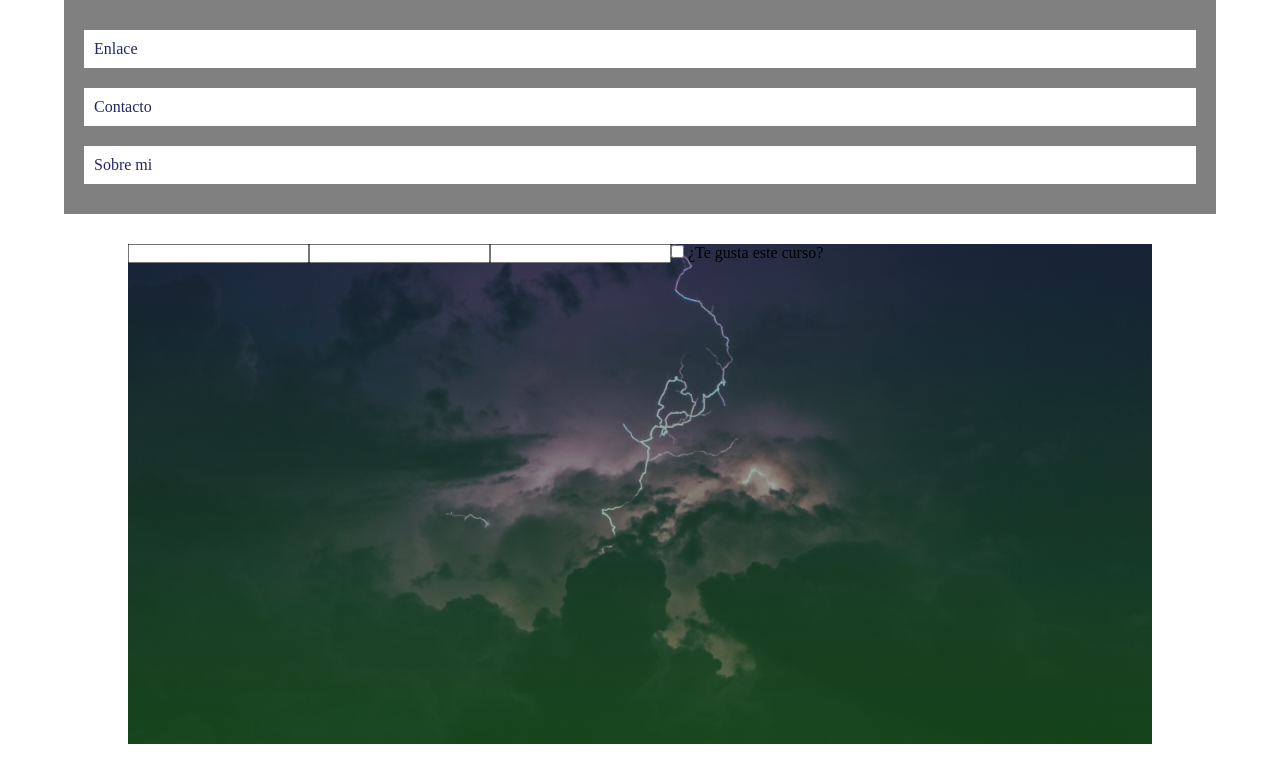
Repository: DamianBermudez94/curso-css3
Page: pseudoclases.html
An editor plug-in stored every save of this project. The page is shown before and after a run of saves, followed by the edit.
The browser window is 1280 px wide. The pictures show the whole page.

Above is the page before, as saved 2024-05-18 16:13:29.

### pseudoclases.html
<!DOCTYPE html>
<html lang="es">
  <head>
    <meta charset="UTF-8" />
    <meta name="viewport" content="width=device-width, initial-scale=1.0" />
    <link rel="preconnect" href="https://fonts.googleapis.com" />
    <link rel="preconnect" href="https://fonts.gstatic.com" crossorigin />
    <link
      rel="preload"
      href="https://fonts.googleapis.com/css2?family=Roboto:ital,wght@0,100;0,300;0,400;0,500;0,700;0,900;1,100;1,300;1,400;1,500;1,700;1,900&display=swap"
      rel="stylesheet"
    />
    <link rel="stylesheet" href="/pseudoclases/estilos.css" />
    <title>Pseudoclases</title>
  </head>
  <body>
    <nav>
      <a href="" class="enlaces">Enlace</a>
      <a href="" class="enlaces">Contacto</a>
      <a href="" class="enlaces">Sobre mi</a>
    </nav>
    <form action="" class="form">
      <input type="text" class="input-" /><input
        type="text"
        class="input-"
      /><input type="text" class="input-" /><input
        type="checkbox"
        class="input-"
      />
      <label for="checkbox">¿Te gusta este curso?</label>
    </form>
  </body>
</html>

### pseudoclases/estilos.css
*{
    margin: 0;
    padding: 0;
    box-sizing: border-box;
}
nav{
    width: 90%;
    background-color: gray;
    margin: 0 auto;
    padding: 20px;
}
.enlaces{
    width: 100%;
    display: inline-block;
    padding: 10px 10px;
    background-color: #FFF;
    color: #232565;
    text-decoration: none;
    margin: 10px auto;
    transition: .2s ease;
}
.enlaces:hover{
    background-color: #232565;
    color: #FFF;
}
.form{
    width: 80%;
    height: 500px;
    margin: 30px auto;
    background-image: linear-gradient(#25356170, #25842d77), url("/img/breno-machado-in9-n0JwgZ0-unsplash.jpg");
    display:block;
    background-position: center;
    background-repeat: no-repeat;
    background-size: cover;
}
.input{
    display: inline-block;
}

After the next 3 saves:
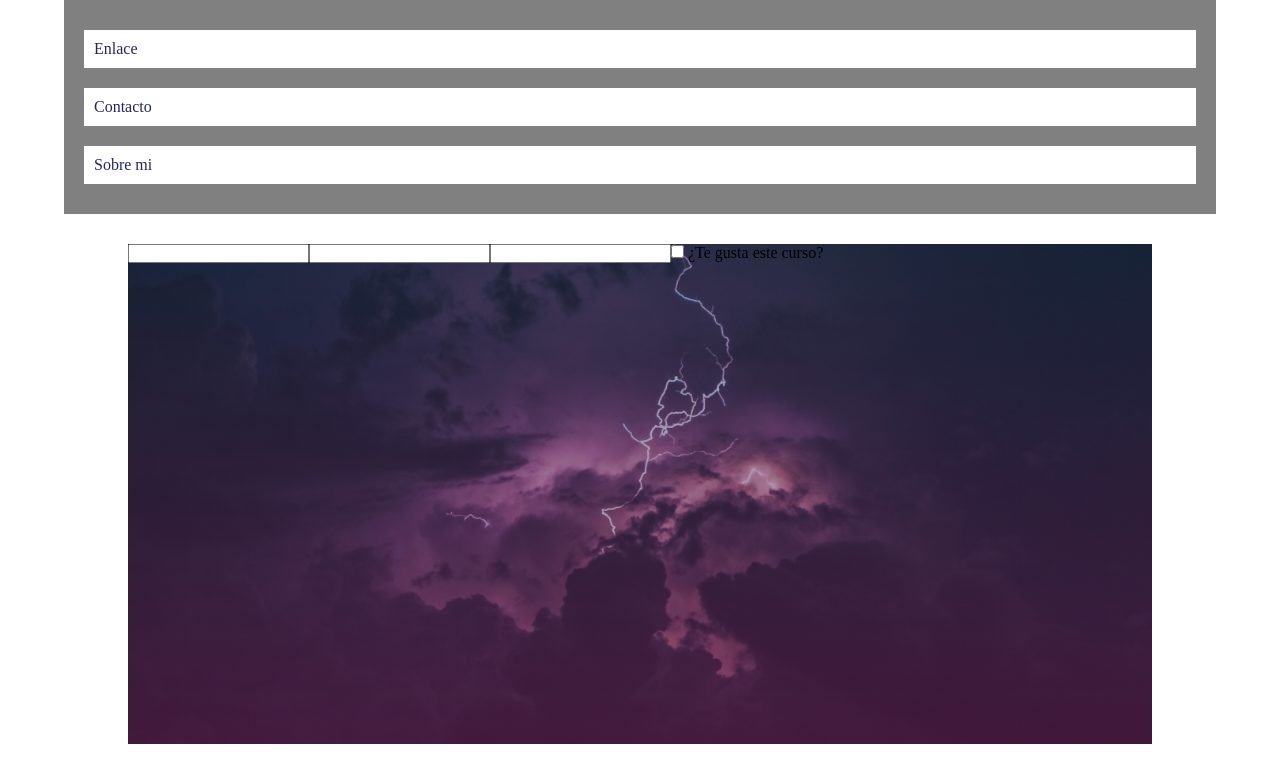
The 3 saves are shown as one change because they came seconds apart.
The last was saved 8 s later.
--- a/pseudoclases/estilos.css
+++ b/pseudoclases/estilos.css
@@ -27,7 +27,7 @@
     width: 80%;
     height: 500px;
     margin: 30px auto;
-    background-image: linear-gradient(#25356170, #25842d77), url("/img/breno-machado-in9-n0JwgZ0-unsplash.jpg");
+    background-image: linear-gradient(#25356170, #84257477), url("/img/breno-machado-in9-n0JwgZ0-unsplash.jpg");
     display:block;
     background-position: center;
     background-repeat: no-repeat;
